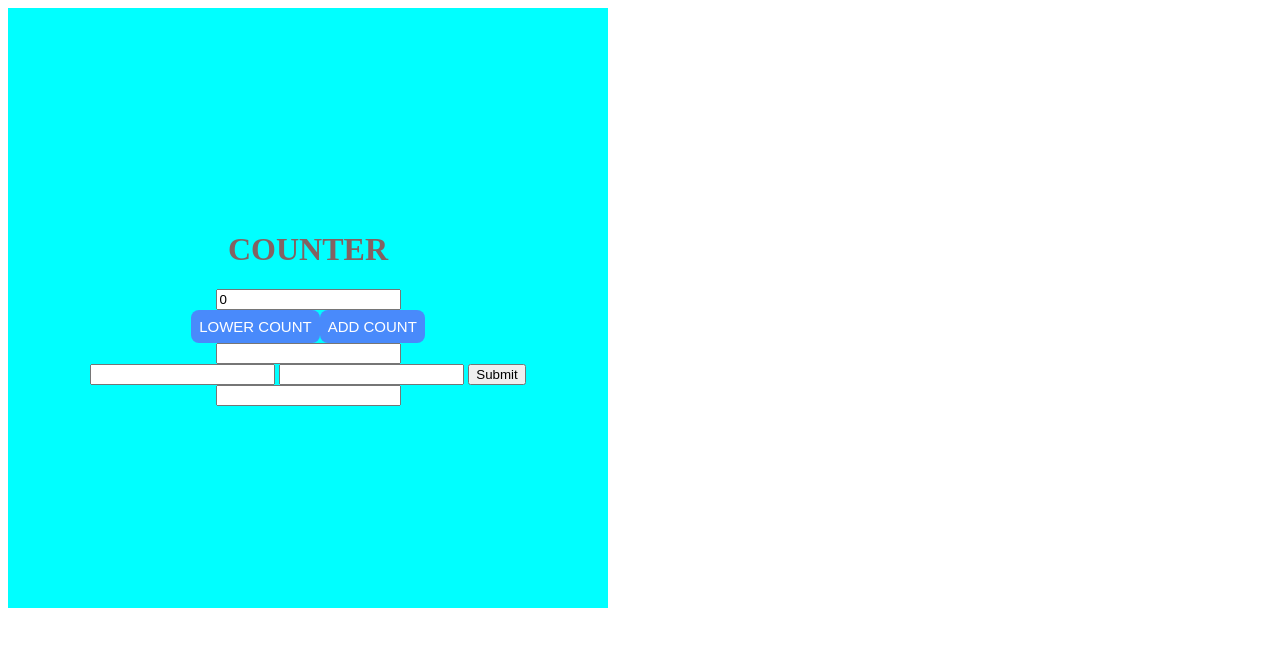
Repository: sedashahnazaryan/Caunter
Page: index.html
These files come from the project's save history. The page is drawn as it stood at one moment and after the next save; the edit follows.
The browser window is 1280 px wide. The pictures show the whole page.

Above is the page before, as saved 2022-02-15 00:03:34.

### index.html
<!DOCTYPE html>
<html lang="en">
<head>
    <meta charset="UTF-8">
    <meta http-equiv="X-UA-Compatible" content="IE=edge">
    <meta name="viewport" content="width=device-width, initial-scale=1.0">
    <title>Caunter</title>
    <link rel="stylesheet" href="./index.css">
</head>

<body>
    <div class="container">

        <h1 class="counter">COUNTER</h1>
    <input class="item1"id="input" type="text" value="0">
    <div class="btn-item">
        <button id="lower" onclick="">LOWER COUNT </button>
        <button id ="add">ADD COUNT</button>
    </div>

    <input id ="result" type="text">
    <div class="add-item">
        <input id="num1" type="text">
        <input id="num2" type="text">
        <button id="submit">Submit</button>
    </div>

    <div class="item1">
<input id ="start" type="text">
    </div>
    </div>

   <script src="./index.js"></script>
</body>
</html>

### index.css




.container{
  display: flex;
  height: 600px;
  width: 600px;
  justify-content: center;
  align-items: center;
  background-color: aqua;
  flex-direction: column;
}

.counter{
color: rgba(151, 75, 75, 0.87);

}



.btn-item{
    display: flex;
    justify-content: center;
}
#add,#lower {
    background-color: #498AFB;
    color: white;
    padding: 8px;
    border-radius: 8px;
    border: none;
    font-size: 15px;

    cursor: pointer;

}
/* #lower {
    background-color: #498AFB;
    color: white;
    padding: 8px;
    border-radius: 8px;
    border: none;
    font-size: 15px;
    cursor: pointer; */

### index.js
let counterDisplayElem = document.getElementById('input');
let counterMinusElem = document.getElementById('lower');
let counterPlusElem = document.getElementById('add');
let result=document.getElementById('result');
let num1 =document.getElementById('num1');
let num2 =document.getElementById('num2');
let submit=document.getElementById('submit');



counterPlusElem.addEventListener("click",()=>{
    counterDisplayElem.value++;
}) ;

counterMinusElem.addEventListener("click",()=>{
    counterDisplayElem.value--;
});

function curry(a){
    return function(b){
       return a+b;
    }

};
submit.addEventListener('click',()=>{
result.value=curry(+num1.value)(+num2.value);

});

After the next save:
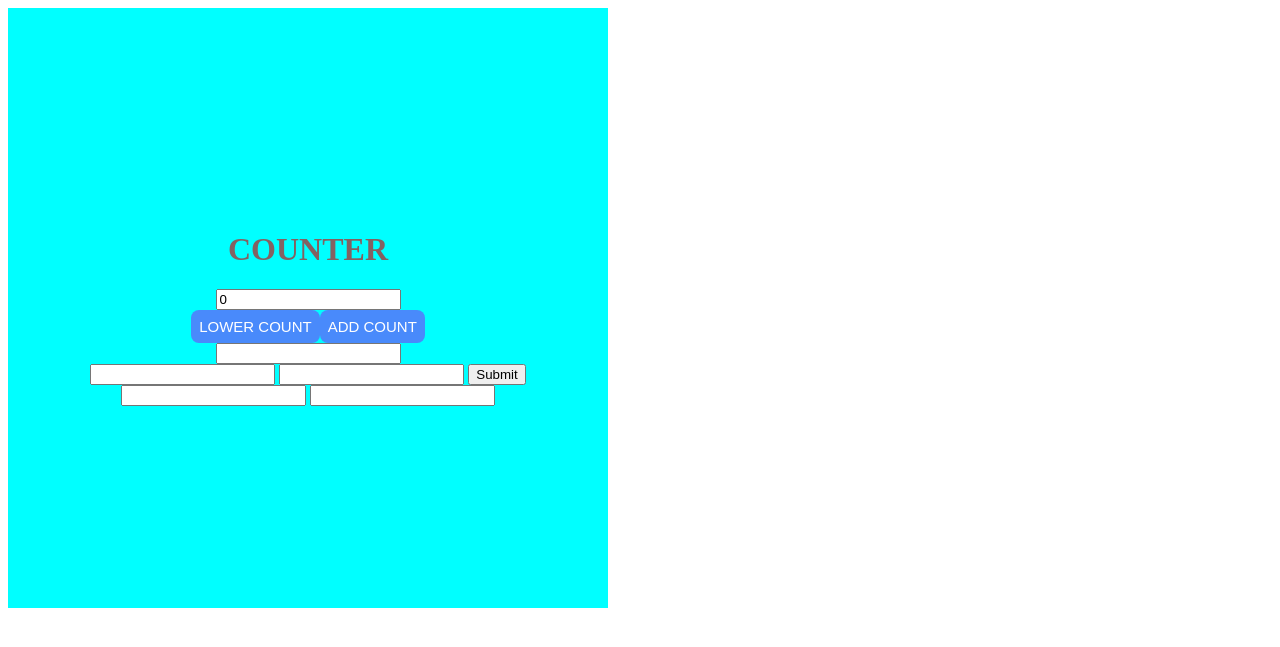
Saved 8 s later.
--- a/index.html
+++ b/index.html
@@ -27,6 +27,7 @@
 
     <div class="item1">
 <input id ="start" type="text">
+<input id ="start" type="text">
     </div>
     </div>
 
